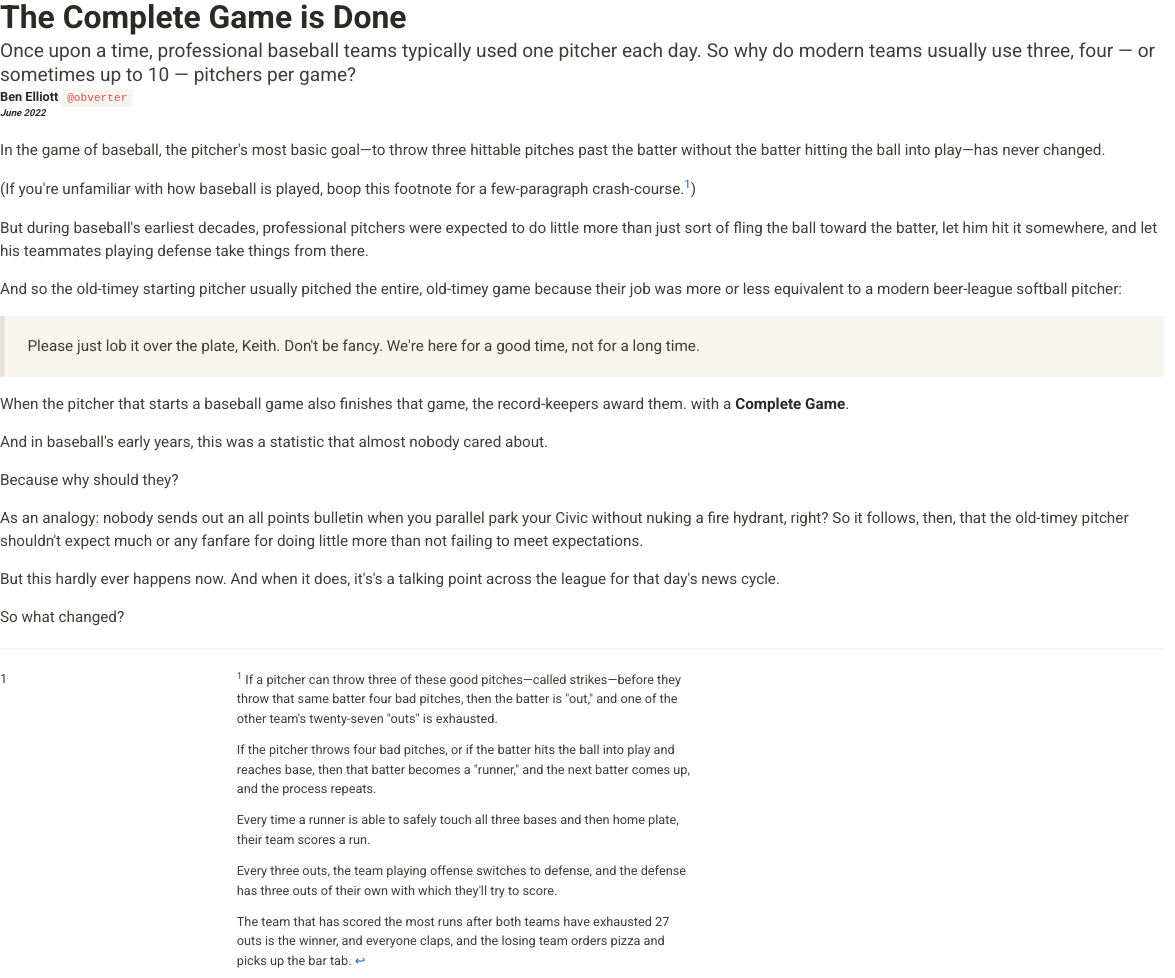
Repository: obverter/complete-games-are-done
Page: index.html
An editor plug-in stored every save of this project. The page is shown before and after the next save, followed by the edit.
The browser window is 1280 px wide. The page is 1291 px wide, then 1280 px, so the pictures cover 1291 px, including what lies to the right of the window. The pictures show the whole page, at 91% of full size.

Above is the page before, as saved 2022-06-25 08:03:48.

### index.html
<!DOCTYPE html>
<html>
    <head>
        <meta charset="utf-8" />
        <meta name="viewport" content="width=device-width, initial-scale=1" />
        <title>Complete Games Are Done</title>
        <!-- todo: Title above is the text in the browser tab. -->
        <link rel="stylesheet" href="docs/bulmaswap.min.css" />
    </head>

    <body>
        <div class="content block">
            <h1 class="title is-2">The Complete Game is Done</h1>
            <!-- todo: Title above is the Content title. -->
            <p class="subtitle is-4">
                Once upon a time, professional baseball teams typically used one
                pitcher each day. So why do modern teams usually use three, four
                — or sometimes up to 10 — pitchers per game?
                <!-- todo: Subtitle above is the Content subtitle. -->
            </p>

            <h6 class="title is-6">Ben Elliott <code>@obverter</code></h6>
            <h6 class="subtitle is-7"><em>June 2022</em></h6>
            <div class="content">
                <p>
                    In the game of baseball, the pitcher's most basic goal—to
                    throw three hittable pitches past the batter without the
                    batter hitting the ball into play—has never changed.
                </p>
                <p>
                    (If you're unfamiliar with how baseball is played, boop this
                    footnote for a few-paragraph crash-course.<sup
                        ><a href="#fn1" id="ref1">1</a></sup
                    >)
                </p>
                <p>
                    But during baseball's earliest decades, professional
                    pitchers were expected to do little more than just sort of
                    fling the ball toward the batter, let him hit it somewhere,
                    and let his teammates playing defense take things from
                    there.
                </p>
                <p>
                    And so the old-timey starting pitcher usually pitched the
                    entire, old-timey game because their job was more or less
                    equivalent to a modern beer-league softball pitcher:
                </p>
                <blockquote>
                    Please just lob it over the plate, Keith. Don't be fancy.
                    We're here for a good time, not for a long time.
                </blockquote>
                <p>
                    When the pitcher that starts a baseball game also finishes
                    that game, the record-keepers award them. with a
                    <strong>Complete Game</strong>.
                </p>
                <p>
                    And in baseball's early years, this was a statistic that
                    almost nobody cared about.
                </p>
                <p>Because why should they?</p>
                <p>
                    As an analogy: nobody sends out an all points bulletin when
                    you parallel park your Civic without nuking a fire hydrant,
                    right? So it follows, then, that the old-timey pitcher
                    shouldn't expect much or any fanfare for doing little more
                    than not failing to meet expectations.
                </p>
                <p>
                    But this hardly ever happens now. And when it does, it's's a
                    talking point across the league for that day's news cycle.
                </p>
                <p>So what changed?</p>
                <hr />
                <!-- todo: FOOTNOTES -->

                <div class="columns is-size-6 is-justify-content-right">
                    <div class="column is-one-fifth">1</div>
                    <!-- todo: ↘ FOOTNOTES GO HERE ↙ -->
                    <div class="column is-two-fifths">
                        <p>
                            <sup>1</sup> If a pitcher can throw three of these
                            good pitches—called strikes—before they throw that
                            same batter four bad pitches, then the batter is
                            "out," and one of the other team's twenty-seven
                            "outs" is exhausted.
                        </p>
                        <p>
                            If the pitcher throws four bad pitches, or if the
                            batter hits the ball into play and reaches base,
                            then that batter becomes a "runner," and the next
                            batter comes up, and the process repeats.
                        </p>
                        <p>
                            Every time a runner is able to safely touch all
                            three bases and then home plate, their team scores a
                            run.
                        </p>
                        <p>
                            Every three outs, the team playing offense switches
                            to defense, and the defense has three outs of their
                            own with which they'll try to score.
                        </p>
                        <p>
                            The team that has scored the most runs after both
                            teams have exhausted 27 outs is the winner, and
                            everyone claps, and the losing team orders pizza and
                            picks up the bar tab.
                            <a
                                href="#ref1"
                                title="Jump back to footnote 1 in the text."
                                >↩</a
                            >
                        </p>
                    </div>
                </div>

                <!-- <div class="column">3</div>
                <div class="column">4</div>
            <div class="column">5</div> -->
            </div>
        </div>
    </body>
</html>

Loaded but not shown: docs/bulmaswap.min.css (library)

After the next save:
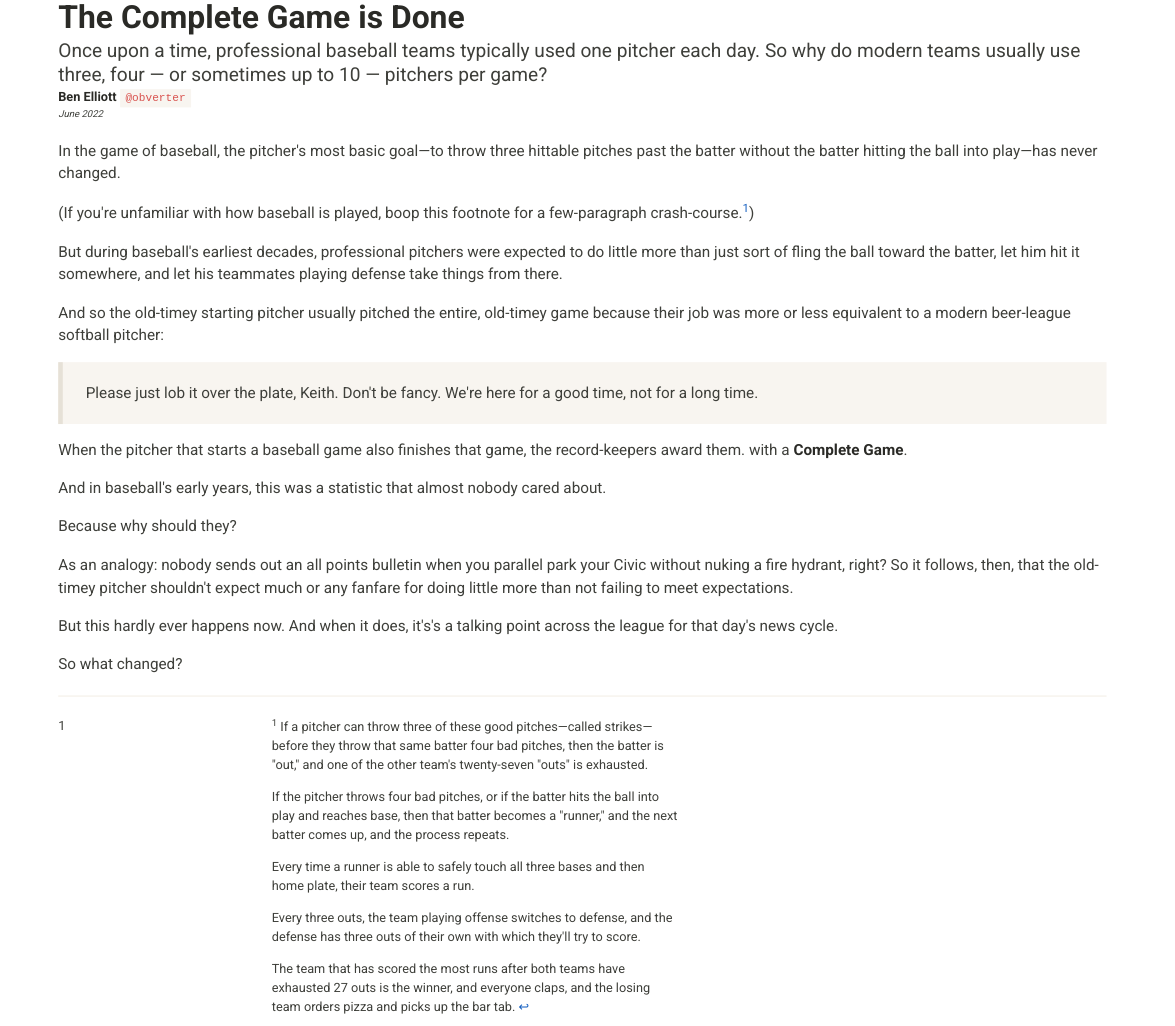
Saved 37 s later.
--- a/index.html
+++ b/index.html
@@ -9,7 +9,7 @@
     </head>
 
     <body>
-        <div class="content block">
+        <div class="container">
             <h1 class="title is-2">The Complete Game is Done</h1>
             <!-- todo: Title above is the Content title. -->
             <p class="subtitle is-4">
